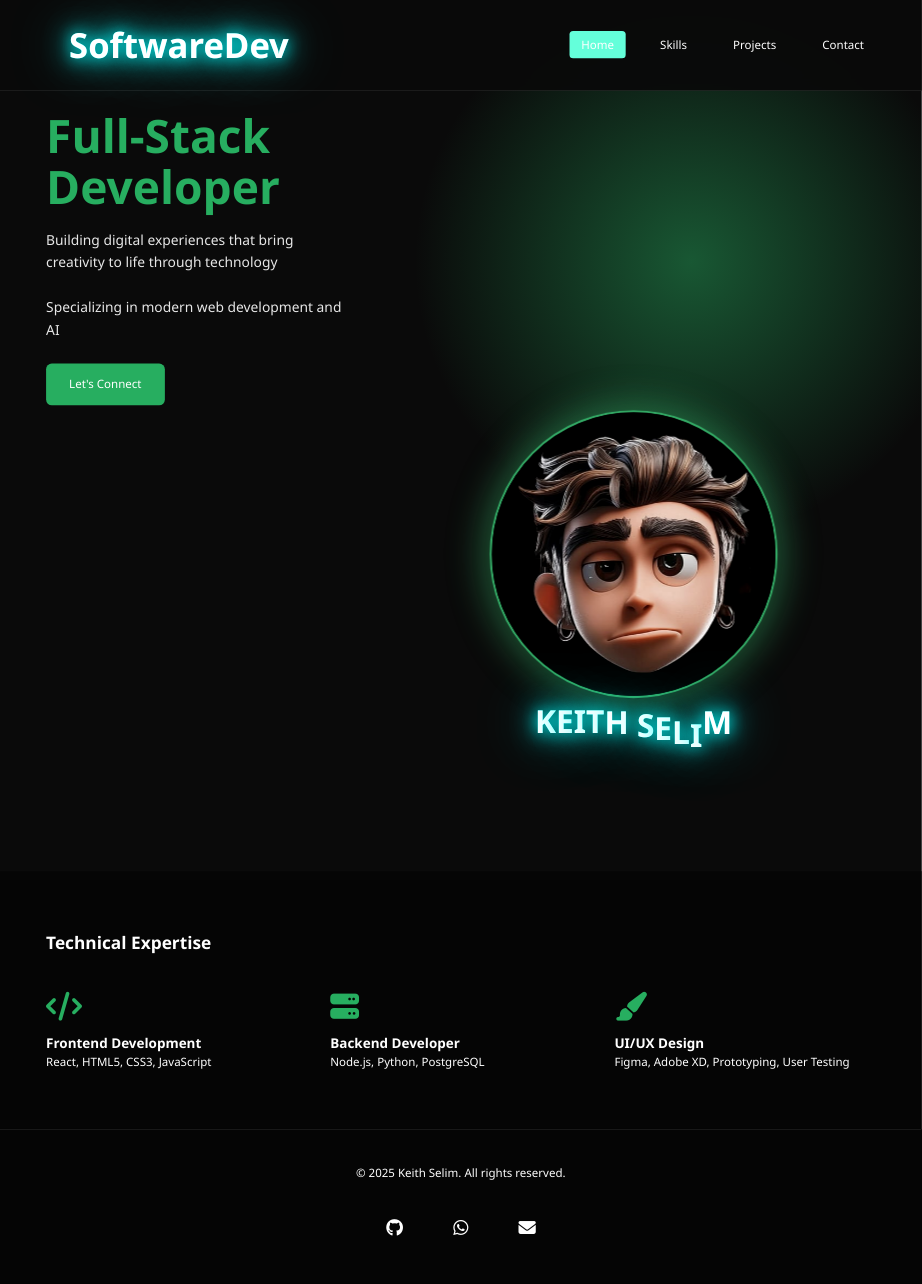
Repository: PEEZYBEE/my-react-portfolio
Page: /
The author's editor kept a copy of each file at every save. The page is drawn from the files as they stood at one save, then again after the next save.
The browser window is 1280 px wide. The pictures show the whole page, at 72% of full size.
The project was rebuilt for these pictures with package versions that can differ from the ones it lists, and the page was loaded fresh each time. Also part of the build but not shown: vite.config.js.

Above is the page before, as saved 2025-05-04 18:18:42.

After the next save:
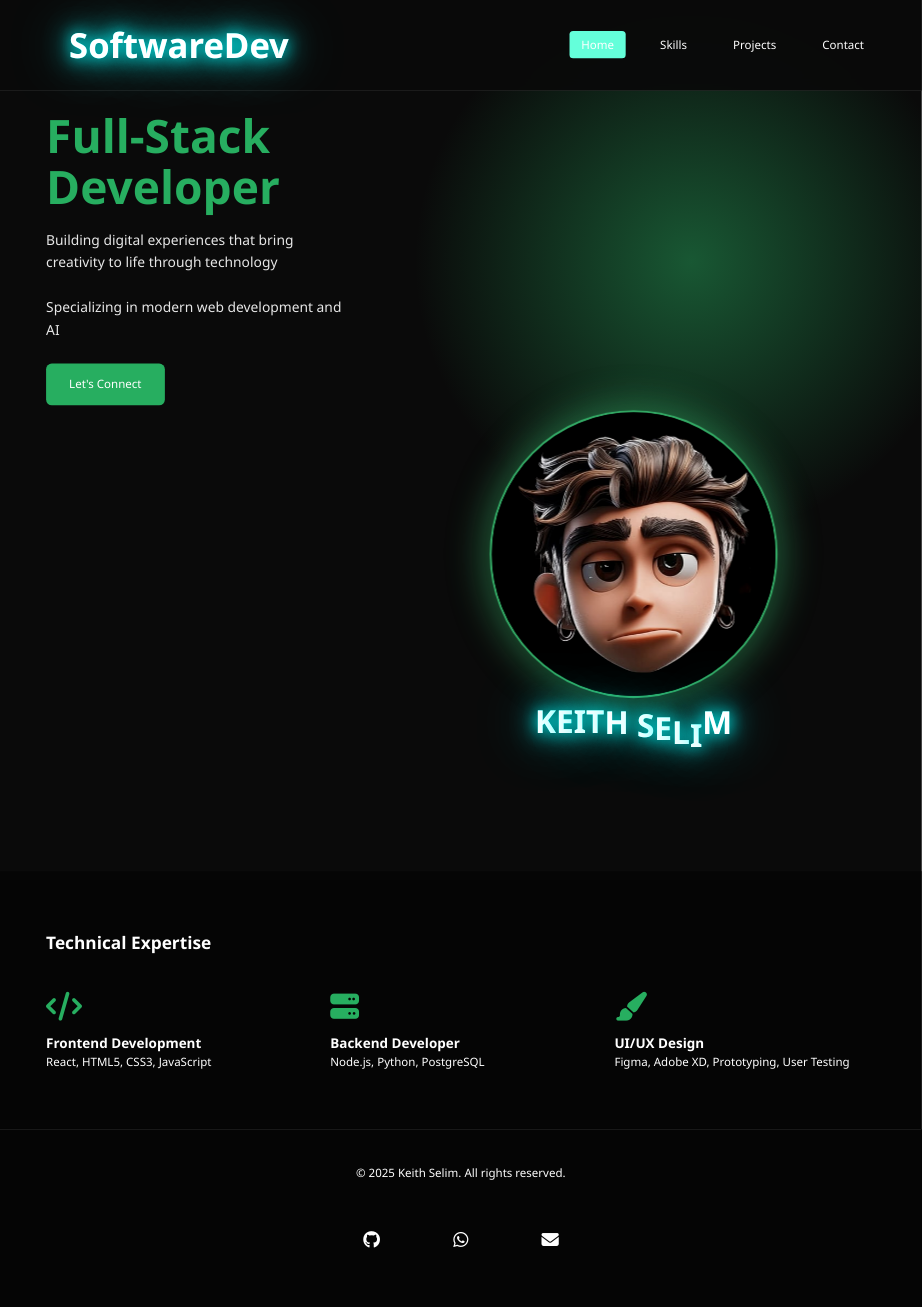
Saved 4 s later.
--- a/src/components/footer.css
+++ b/src/components/footer.css
@@ -26,7 +26,7 @@ footer {
     justify-content: center;
     align-items: center;
     position: relative;
-    margin: rem;
+    margin: 1rem;
 }
 
 .social-links a::before {
